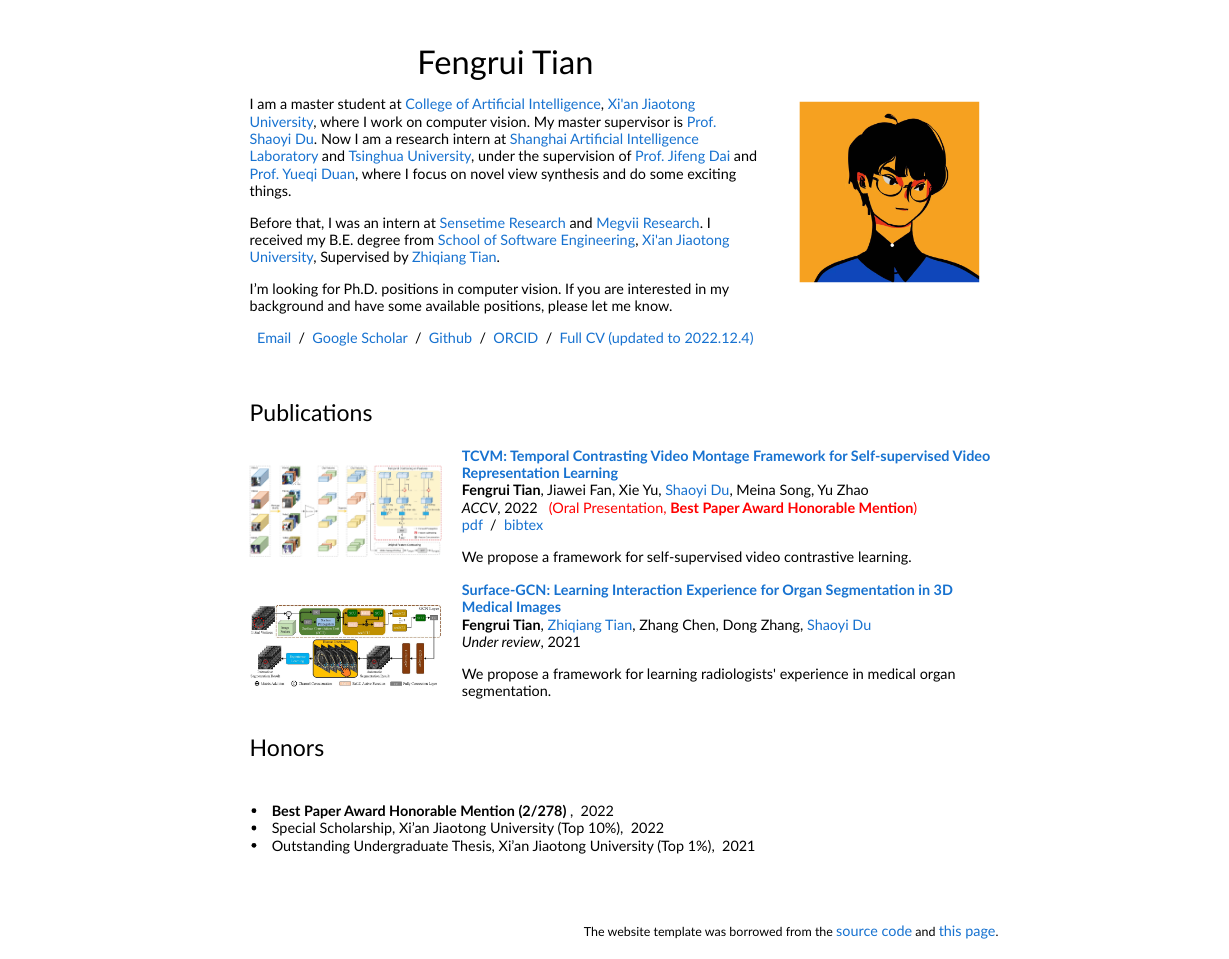
Repository: tianfr/tianfr.github.io
Page: index.html
These files come from the project's save history. The page is drawn as it stood at one moment and after the next save; the edit follows.
The browser window is 1280 px wide. The pictures show the whole page, at 96% of full size.

Above is the page before, as saved 2022-12-08 18:12:16.

### index.html
<!DOCTYPE HTML>
<html lang="en"><head><meta http-equiv="Content-Type" content="text/html; charset=UTF-8">

  <title>Fengrui Tian </title>

  <meta name="author" content="Fengrui Tian">
  <meta name="viewport" content="width=device-width, initial-scale=1">

  <link rel="stylesheet" type="text/css" href="stylesheet.css">
	<link rel="icon" href="data:[embedded picture, 141 characters]">
</head>

<body>
  <table style="width:100%;max-width:800px;border:0px;border-spacing:0px;border-collapse:separate;margin-right:auto;margin-left:auto;"><tbody>
    <tr style="padding:0px">
      <td style="padding:0px">
        <table style="width:100%;border:0px;border-spacing:0px;border-collapse:separate;margin-right:auto;margin-left:auto;"><tbody>
          <tr style="padding:0px">
            <td style="padding:2.5%;width:63%;vertical-align:middle">
              <p style="text-align:center">
                <name>
                  Fengrui Tian
                  <!-- <font face="KaiTi" size="6">田丰瑞</font> -->
                </name>
              </p>
              <p>I am a master student at <a href="http://iair.xjtu.edu.cn/">College of Artificial Intelligence</a>, <a href="http://www.xjtu.edu.cn/">Xi'an Jiaotong University</a>, where I work on computer vision. My master supervisor is <a href="https://gr.xjtu.edu.cn/en/web/dushaoyi/home">Prof. Shaoyi Du</a>. Now I am a research intern at <a href="https://www.shlab.org.cn/">Shanghai Artificial Intelligence Laboratory</a> and <a href="https://www.tsinghua.edu.cn/">Tsinghua University</a>, under the supervision of <a href="https://jifengdai.org/">Prof. Jifeng Dai</a> and  <a href="https://duanyueqi.github.io/">Prof. Yueqi Duan</a>, where I focus on novel view synthesis and do some exciting things.
              </p>
              <p> Before that, I was an intern at <a href="https://www.sensetime.com/">Sensetime Research</a> and
                <a href="https://www.megvii.com/">Megvii Research</a>. I received my B.E. degree from  <a href="https://blog.google/products/google-ar-vr/introducing-next-generation-jump/">School of Software Engineering</a>, <a href="http://www.xjtu.edu.cn/">Xi'an Jiaotong University</a>, Supervised by <a href="https://gr.xjtu.edu.cn/en/web/zhiqiangtian/home">Zhiqiang Tian</a>.
              </p>
              <p>  I’m looking for Ph.D. positions in computer vision. If you are interested in my background and have some available positions, please let me know.
              </p>
              <p style="text-align:center">
                <a href="mailto:tianfr@stu.xjtu.edu.cn">Email</a> &nbsp/&nbsp
                <!-- <a href="data/JonBarron-CV.pdf">CV</a> &nbsp/&nbsp -->
                <!-- <a href="data/JonBarron-bio.txt">Bio</a> &nbsp/&nbsp -->
                <a href="https://scholar.google.com/citations?hl=en&user=jQ5a6axA_XEC">Google Scholar</a> &nbsp/&nbsp
                <!-- <a href="https://twitter.com/jon_barron">Twitter</a> &nbsp/&nbsp -->
                <a href="https://github.com/tianfr/">Github</a> &nbsp/&nbsp
                <a href="https://orcid.org/0000-0002-9577-5276">ORCID</a> &nbsp/&nbsp
                <a href="data/CV_Fengrui_Tian_2022_12_4.pdf">Full CV (updated to 2022.12.4)</a>

              </p>
            </td>
            <td style="padding:2.5%;width:25%;max-width:25%">
              <a href="images/Fengrui_Tian_avatar.jpg"><img style="width:100%;max-width:100%" alt="profile photo" src="images/Fengrui_Tian_avatar.jpg" class="hoverZoomLink"></a>
            </td>
          </tr>
        <!-- </tbody></table>
        <table style="width:100%;border:0px;border-spacing:0px;border-collapse:separate;margin-right:auto;margin-left:auto;"><tbody>
            <tr>
            <td style="padding:20px;width:100%;vertical-align:middle">
              <heading>Research</heading>
              <p>
                I'm interested in computer vision, machine learning, optimization, and image processing. Much of my research is about inferring the physical world (shape, motion, color, light, etc) from images. Representative papers are <span class="highlight">highlighted</span>.
              </p>
            </td>
          </tr>
        </tbody></table> -->
        <table width="100%" align="center" border="0" cellspacing="0" cellpadding="20"><tbody>
          <tr>
            <td>
              <heading>Publications</heading>
            </td>
          </tr>
        </tbody></table>
        <table style="width:100%;border:0px;border-spacing:0px;border-collapse:separate;margin-right:auto;margin-left:auto;"><tbody>

          <tr onmouseout="dreamfusion_stop()" onmouseover="dreamfusion_start()">
            <td style="padding:20px;width:25%;vertical-align:middle">
              <img src="images/tcvm_overview.jpg" alt="prl" width="200" height="95">
            </td>
            <!-- <td style="padding:20px;width:25%;vertical-align:middle">
              <div class="one">
                <div class="two" id='dreamfusion_image'><video  width=100% height=100% muted autoplay loop>
                <source src="images/dreamfusion.mp4" type="video/mp4">
                Your browser does not support the video tag.
                </video></div>
                <img src='images/tcvm_overview.jpg' width="160">
              </div>
              <script type="text/javascript">
                function dreamfusion_start() {
                  document.getElementById('dreamfusion_image').style.opacity = "1";
                }

                function dreamfusion_stop() {
                  document.getElementById('dreamfusion_image').style.opacity = "0";
                }
                dreamfusion_stop()
              </script>
            </td> -->
            <!-- <td style="padding:20px;width:75%;vertical-align:middle"> -->
            <td width="75%" valign="middle">
              <a href="paper/Tian_TCVM_Temporal_Contrasting_Video_Montage_Framework_for_Self-supervised_Video_Representation_ACCV_2022_paper.pdf">
                <papertitle>TCVM: Temporal Contrasting Video Montage Framework for Self-supervised Video Representation Learning</papertitle>
              </a>
              <br>
              <strong>Fengrui Tian</strong>,
              Jiawei Fan,
              Xie Yu,
              <a href="https://gr.xjtu.edu.cn/en/web/dushaoyi/home">Shaoyi Du</a>,
              Meina Song,
              Yu Zhao
              <br>
              <em>ACCV</em>, 2022 &nbsp <font color="red">(Oral Presentation, <strong>Best Paper Award Honorable Mention</strong>)</font>
              <br>
              <a href="paper/Tian_TCVM_Temporal_Contrasting_Video_Montage_Framework_for_Self-supervised_Video_Representation_ACCV_2022_paper.pdf">pdf</a>  &nbsp/&nbsp
              <a href="data/accv22TCVM.bib">bibtex</a>
              <p></p>
              <p>
              We propose a framework for self-supervised video contrastive learning.
              </p>
            </td>
          </tr>


          <tr>
            <td style="padding:20px;width:25%;vertical-align:middle">
              <img src="images/surfacegcn.jpg" alt="prl" width="200" height="85">
            </td>
            <td width="75%" valign="middle">
              <a href="">
                <papertitle>Surface-GCN: Learning Interaction Experience for Organ Segmentation in 3D Medical Images</papertitle>
              </a>
              <br>
              <strong>Fengrui Tian</strong>,
              <a href="https://gr.xjtu.edu.cn/en/web/zhiqiangtian/home">Zhiqiang Tian</a>,
              Zhang Chen,
              Dong Zhang,
              <a href="https://gr.xjtu.edu.cn/en/web/dushaoyi/home">Shaoyi Du</a>
              <br>
              <em>Under review</em>, 2021
              <br>
              <!-- <a href="data/BarronPRL2009.bib">bibtex</a> -->
              <p>We propose a framework for learning radiologists' experience in medical organ segmentation.</p>
            </td>
          </tr>

        </tbody></table>


        <table width="100%" align="center" border="0" cellspacing="0" cellpadding="20"><tbody>
          <tr>
            <td>
              <heading>Honors</heading>
            </td>
          </tr>
        </tbody></table>
        <table width="100%" align="center" border="0" cellpadding="20"><tbody>
          <tr>
            <td style="padding:20px;width:100%;vertical-align:middle">
              <li><strong>Best Paper Award Honorable Mention (2/278) </strong> ,&nbsp; 2022 </li>
              <li>Special Scholarship, Xi’an Jiaotong University (Top 10%),&nbsp; 2022 </li>
              <li>Outstanding Undergraduate Thesis, Xi’an Jiaotong University (Top 1%),&nbsp; 2021 </li> <br>
          </td>

          </tr>


        </tbody></table>
        <table style="width:100%;border:0px;border-spacing:0px;border-collapse:separate;margin-right:auto;margin-left:auto;"><tbody>
          <tr>
            <td style="padding:0px">
              <br>
              <p style="text-align:right;font-size:small;">
                The website template was borrowed from the <a href="https://github.com/jonbarron/website">source code</a> and <a href="https://jonbarron.info/"> this page</a>.
              </p>
            </td>
          </tr>
        </tbody></table>
      </td>
    </tr>
  </table>
</body>

</html>

### stylesheet.css
/* latin-ext */
@font-face {
  font-family: 'Lato';
  font-style: italic;
  font-weight: 400;
  src: local('Lato Italic'), local('Lato-Italic'), url(https://fonts.gstatic.com/s/lato/v15/S6u8w4BMUTPHjxsAUi-qNiXg7eU0.woff2) format('woff2');
  unicode-range: U+0100-024F, U+0259, U+1E00-1EFF, U+2020, U+20A0-20AB, U+20AD-20CF, U+2113, U+2C60-2C7F, U+A720-A7FF;
}
/* latin */
@font-face {
  font-family: 'Lato';
  font-style: italic;
  font-weight: 400;
  src: local('Lato Italic'), local('Lato-Italic'), url(https://fonts.gstatic.com/s/lato/v15/S6u8w4BMUTPHjxsAXC-qNiXg7Q.woff2) format('woff2');
  unicode-range: U+0000-00FF, U+0131, U+0152-0153, U+02BB-02BC, U+02C6, U+02DA, U+02DC, U+2000-206F, U+2074, U+20AC, U+2122, U+2191, U+2193, U+2212, U+2215, U+FEFF, U+FFFD;
}
/* latin-ext */
@font-face {
  font-family: 'Lato';
  font-style: italic;
  font-weight: 700;
  src: local('Lato Bold Italic'), local('Lato-BoldItalic'), url(https://fonts.gstatic.com/s/lato/v15/S6u_w4BMUTPHjxsI5wq_FQftx9897sxZ.woff2) format('woff2');
  unicode-range: U+0100-024F, U+0259, U+1E00-1EFF, U+2020, U+20A0-20AB, U+20AD-20CF, U+2113, U+2C60-2C7F, U+A720-A7FF;
}
/* latin */
@font-face {
  font-family: 'Lato';
  font-style: italic;
  font-weight: 700;
  src: local('Lato Bold Italic'), local('Lato-BoldItalic'), url(https://fonts.gstatic.com/s/lato/v15/S6u_w4BMUTPHjxsI5wq_Gwftx9897g.woff2) format('woff2');
  unicode-range: U+0000-00FF, U+0131, U+0152-0153, U+02BB-02BC, U+02C6, U+02DA, U+02DC, U+2000-206F, U+2074, U+20AC, U+2122, U+2191, U+2193, U+2212, U+2215, U+FEFF, U+FFFD;
}
/* latin-ext */
@font-face {
  font-family: 'Lato';
  font-style: normal;
  font-weight: 400;
  src: local('Lato Regular'), local('Lato-Regular'), url(https://fonts.gstatic.com/s/lato/v15/S6uyw4BMUTPHjxAwXiWtFCfQ7A.woff2) format('woff2');
  unicode-range: U+0100-024F, U+0259, U+1E00-1EFF, U+2020, U+20A0-20AB, U+20AD-20CF, U+2113, U+2C60-2C7F, U+A720-A7FF;
}
/* latin */
@font-face {
  font-family: 'Lato';
  font-style: normal;
  font-weight: 400;
  src: local('Lato Regular'), local('Lato-Regular'), url(https://fonts.gstatic.com/s/lato/v15/S6uyw4BMUTPHjx4wXiWtFCc.woff2) format('woff2');
  unicode-range: U+0000-00FF, U+0131, U+0152-0153, U+02BB-02BC, U+02C6, U+02DA, U+02DC, U+2000-206F, U+2074, U+20AC, U+2122, U+2191, U+2193, U+2212, U+2215, U+FEFF, U+FFFD;
}
/* latin-ext */
@font-face {
  font-family: 'Lato';
  font-style: normal;
  font-weight: 700;
  src: local('Lato Bold'), local('Lato-Bold'), url(https://fonts.gstatic.com/s/lato/v15/S6u9w4BMUTPHh6UVSwaPGQ3q5d0N7w.woff2) format('woff2');
  unicode-range: U+0100-024F, U+0259, U+1E00-1EFF, U+2020, U+20A0-20AB, U+20AD-20CF, U+2113, U+2C60-2C7F, U+A720-A7FF;
}
/* latin */
@font-face {
  font-family: 'Lato';
  font-style: normal;
  font-weight: 700;
  src: local('Lato Bold'), local('Lato-Bold'), url(https://fonts.gstatic.com/s/lato/v15/S6u9w4BMUTPHh6UVSwiPGQ3q5d0.woff2) format('woff2');
  unicode-range: U+0000-00FF, U+0131, U+0152-0153, U+02BB-02BC, U+02C6, U+02DA, U+02DC, U+2000-206F, U+2074, U+20AC, U+2122, U+2191, U+2193, U+2212, U+2215, U+FEFF, U+FFFD;
}

a {
  color: #1772d0;
  text-decoration: none;
}

a:focus,
a:hover {
  color: #f09228;
  text-decoration: none;
}

body,
td,
th,
tr,
p,
a {
  font-family: 'Lato', Verdana, Helvetica, sans-serif;
  font-size: 15px
}

strong {
  font-family: 'Lato', Verdana, Helvetica, sans-serif;
  font-size: 15px;
}

heading {
  font-family: 'Lato', Verdana, Helvetica, sans-serif;
  font-size: 24px;
}

papertitle {
  font-family: 'Lato', Verdana, Helvetica, sans-serif;
  font-size: 15px;
  font-weight: 700
}

name {
  font-family: 'Lato', Verdana, Helvetica, sans-serif;
  font-size: 34px;
}

.one {
  width: 160px;
  height: 160px;
  position: relative;
}

.two {
  width: 160px;
  height: 160px;
  position: absolute;
  transition: opacity .2s ease-in-out;
  -moz-transition: opacity .2s ease-in-out;
  -webkit-transition: opacity .2s ease-in-out;
}

.fade {
  transition: opacity .2s ease-in-out;
  -moz-transition: opacity .2s ease-in-out;
  -webkit-transition: opacity .2s ease-in-out;
}

span.highlight {
  background-color: #ffffd0;
}

After the next save:
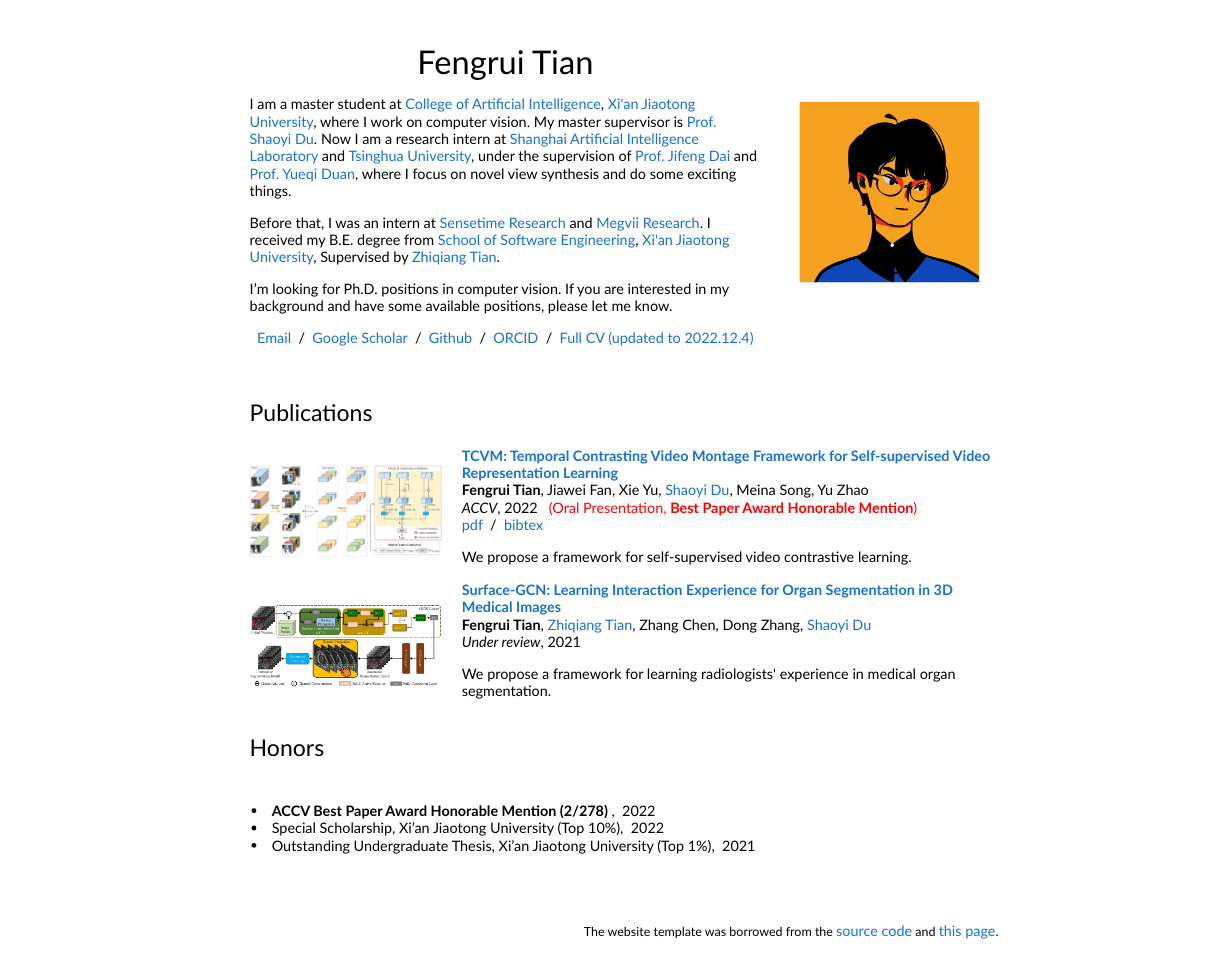
Saved 11 s later.
--- a/index.html
+++ b/index.html
@@ -149,7 +149,7 @@
         <table width="100%" align="center" border="0" cellpadding="20"><tbody>
           <tr>
             <td style="padding:20px;width:100%;vertical-align:middle">
-              <li><strong>Best Paper Award Honorable Mention (2/278) </strong> ,&nbsp; 2022 </li>
+              <li><strong>ACCV Best Paper Award Honorable Mention (2/278) </strong> ,&nbsp; 2022 </li>
               <li>Special Scholarship, Xi’an Jiaotong University (Top 10%),&nbsp; 2022 </li>
               <li>Outstanding Undergraduate Thesis, Xi’an Jiaotong University (Top 1%),&nbsp; 2021 </li> <br>
           </td>
